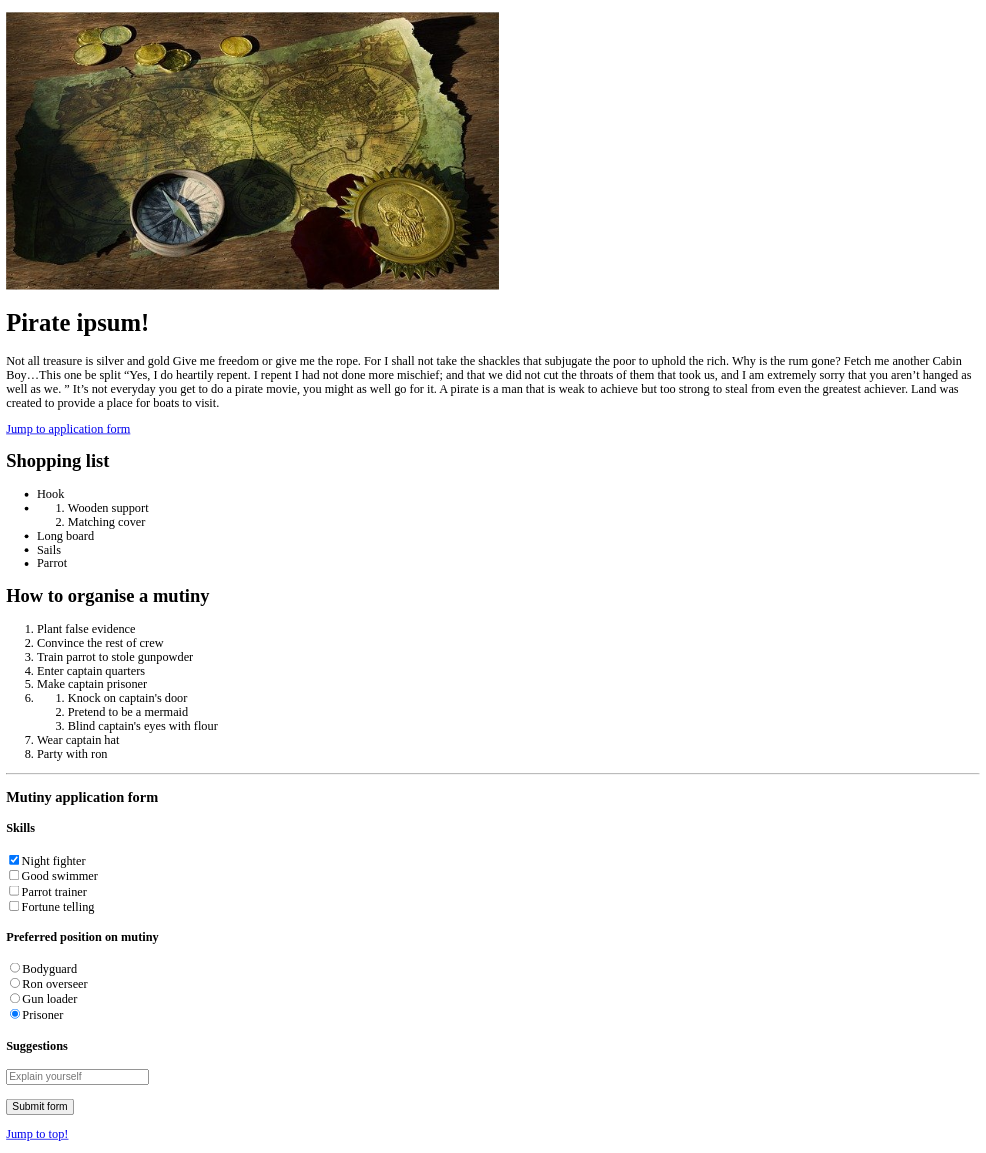
Repository: Colo-Codes/code-practice
Page: 01-html-practice-1.html
An editor plug-in stored every save of this project. The page is shown before and after the next save, followed by the edit.
The browser window is 1280 px wide. The pictures show the whole page, at 77% of full size.

Above is the page before, as saved 2021-04-23 06:45:20.

### 01-html-practice-1.html
<!DOCTYPE html>
<html lang="en">

<head>
    <meta charset="UTF-8">
    <title>Mutiny planning</title>
</head>

<body>
    <p>
        <!-- Free image from the Internet -->
        <img src="assets/img/adventure-2528477_640.jpg" alt="Adventure map with compass.">
    </p>
    <h1 id="top">Pirate ipsum!</h1>
    <p>Not all treasure is silver and gold Give me freedom or give me the rope. For I shall not take the shackles that
        subjugate the poor to uphold the rich. Why is the rum gone? Fetch me another Cabin Boy…This one be split “Yes, I
        do heartily repent. I repent I had not done more mischief; and that we did not cut the throats of them that took
        us, and I am extremely sorry that you aren’t hanged as well as we. ” It’s not everyday you get to do a pirate
        movie, you might as well go for it. A pirate is a man that is weak to achieve but too strong to steal from even
        the greatest achiever. Land was created to provide a place for boats to visit.</p>

        <p><a href="#form">Jump to application form</a></p>
        <h2>Shopping list</h2>
    <ul>
        <li>Hook</li>
        <li>
            <ol>
                <li>Wooden support</li>
                <li>Matching cover</li>
            </ol>
        </li>
        <li>Long board</li>
        <li>Sails</li>
        <li>Parrot</li>
    </ul>
    <h2>How to organise a mutiny</h2>
    <ol>
        <li>Plant false evidence</li>
        <li>Convince the rest of crew</li>
        <li>Train parrot to stole gunpowder</li>
        <li>Enter captain quarters</li>
        <li>Make captain prisoner</li>
        <li>
            <ol>
                <li>Knock on captain's door</li>
                <li>Pretend to be a mermaid</li>
                <li>Blind captain's eyes with flour</li>
            </ol>
        </li>
        <li>Wear captain hat</li>
        <li>Party with ron</li>
    </ol>
    <hr>
    <form id="form" action="#" method="GET">
        <h3>Mutiny application form</h3>
        <h4>Skills</h4>
        <label for="night-f"><input id="night-f" value="night-f1" type="checkbox" name="skills" checked>Night
            fighter</label><br>
        <label for="swimmer"><input id="swimmer" value="swimmer1" type="checkbox" name="skills">Good swimmer</label><br>
        <label for="parrot-t"><input id="parrot-t" value="parrot-t1" type="checkbox" name="skills">Parrot
            trainer</label><br>
        <label for="fortune-t"><input id="fortune-t" value="fortune-t1" type="checkbox" name="skills">Fortune
            telling</label><br>
        <h4>Preferred position on mutiny</h4>
        <label for="bodyguard"><input id="bodyguard" value="bodyguard1" type="radio"
                name="position">Bodyguard</label><br>
        <label for="ron-o"><input id="ron-o" value="ron-o1" type="radio" name="position">Ron overseer</label><br>
        <label for="gun-l"><input id="gun-l" value="gun-l1" type="radio" name="position">Gun loader</label><br>
        <label for="prisoner"><input id="prisoner" value="prisoner1" type="radio" name="position"
                checked>Prisoner</label><br>
        <h4>Suggestions</h4>
        <label for="suggestions">
            <input id="suggestions" type="text" name="suggestions-group" placeholder="Explain yourself" required><br><br>
        </label>
        <button type="submit">Submit form</button>
    </form>
    <p><a href="#top">Jump to top!</a></p>
</body>

</html>

After the next save:
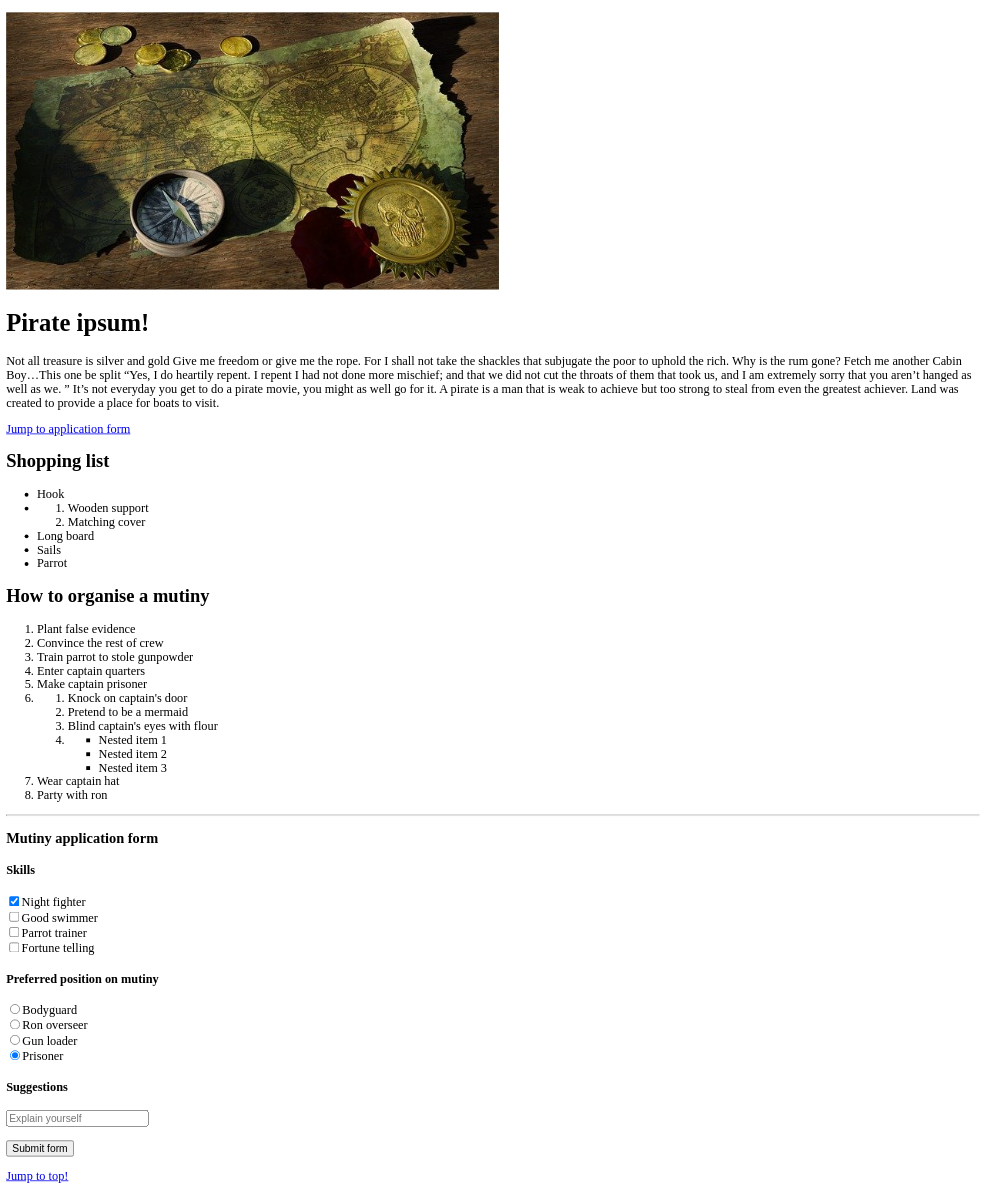
Saved 40 s later.
--- a/01-html-practice-1.html
+++ b/01-html-practice-1.html
@@ -45,6 +45,13 @@
                 <li>Knock on captain's door</li>
                 <li>Pretend to be a mermaid</li>
                 <li>Blind captain's eyes with flour</li>
+                <li>
+                    <ul>
+                        <li>Nested item 1</li>
+                        <li>Nested item 2</li>
+                        <li>Nested item 3</li>
+                    </ul>
+                </li>
             </ol>
         </li>
         <li>Wear captain hat</li>
